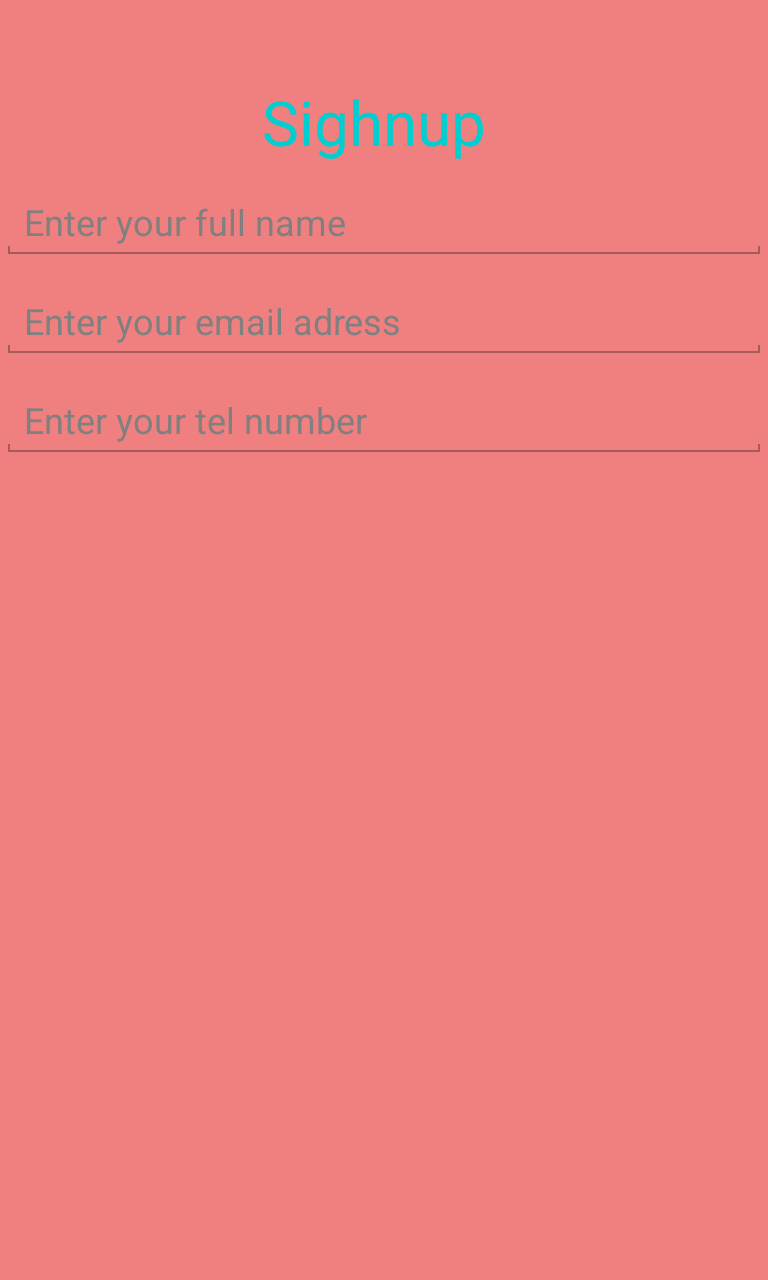
Repository: njiiriJohnii/Android-projects
Layout: MySimpleCalc/res/layout/joinus.xml
An editor plug-in stored every save of this project. The layout is shown before and after the next save, followed by the edit.
It is drawn on a 768 x 1280 px phone screen (xhdpi) without system bars, with theme AppTheme; the app's code is not run.

Above is the layout before, as saved 2014-05-30 11:48:13.

### MySimpleCalc/res/layout/joinus.xml
<?xml version="1.0" encoding="utf-8"?>
<LinearLayout xmlns:android="http://schemas.android.com/apk/res/android"
    android:layout_width="fill_parent"
    android:layout_height="fill_parent"
    android:orientation="vertical"
    android:background="#F08080" >

    <TextView
    android:layout_width="fill_parent"
    android:layout_height="wrap_content"
    android:text="Sighnup"
    android:layout_marginTop="40dp"
    android:layout_marginLeft="20dp"
    android:layout_marginRight="30dp"
    android:textColor="#00CED1"
    android:textSize="14pt"
    android:gravity="center"

        />
    <EditText
    android:layout_width="fill_parent"
    android:layout_height="wrap_content"
    android:layout_marginTop="10dp"
    android:hint="Enter your full name"



        />
     <EditText
    android:layout_width="fill_parent"
    android:layout_height="wrap_content"
    android:layout_marginTop="10dp"
    android:hint="Enter your email adress"
    android:maxLength="35"


        />
      <EditText
    android:layout_width="fill_parent"
    android:layout_height="wrap_content"
    android:layout_marginTop="10dp"
    android:hint="Enter your tel number"
    android:inputType="number"
    android:maxLength="10"

        />


</LinearLayout>

Loaded but not shown: MySimpleCalc/res/values/styles.xml (common file); MySimpleCalc/res/values-v11/styles.xml (common file); MySimpleCalc/res/values-v14/styles.xml (common file)

After the next save:
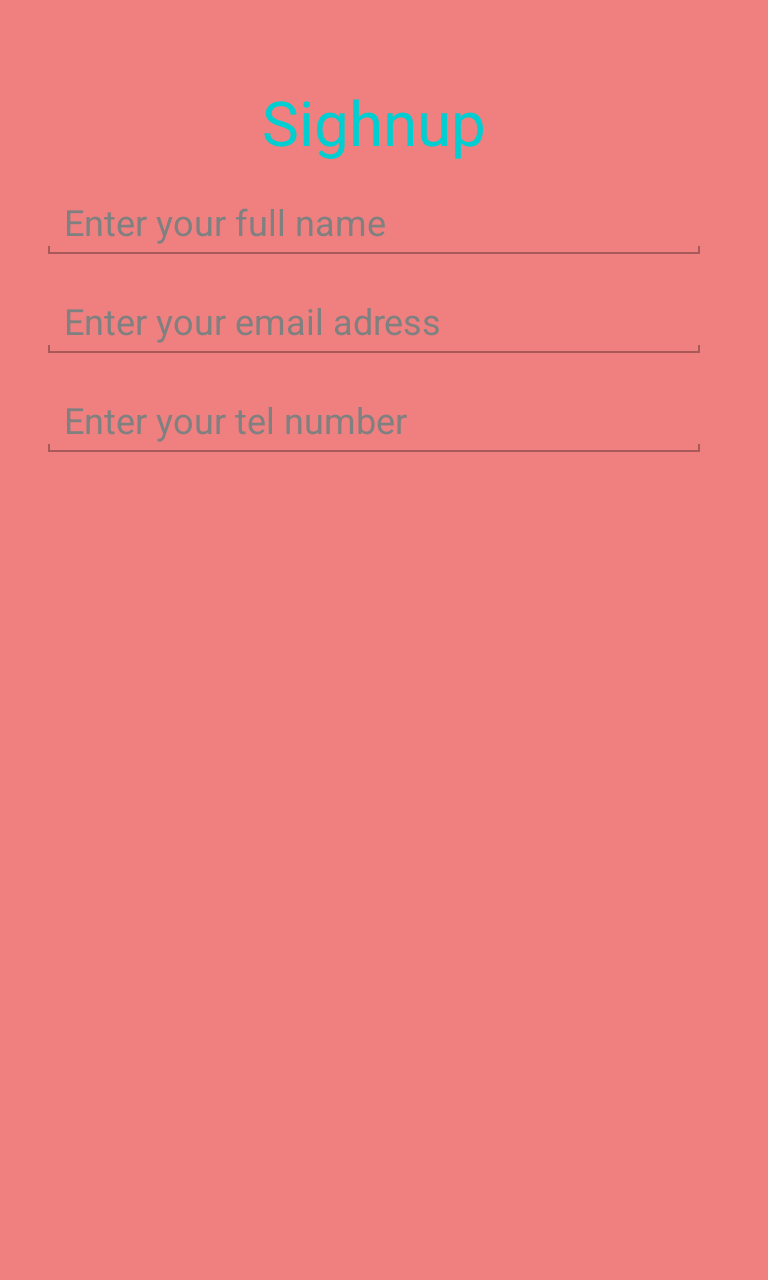
Saved 85 s later.
--- a/MySimpleCalc/res/layout/joinus.xml
+++ b/MySimpleCalc/res/layout/joinus.xml
@@ -22,6 +22,8 @@
     android:layout_height="wrap_content"
     android:layout_marginTop="10dp"
     android:hint="Enter your full name"
+    android:layout_marginLeft="20dp"
+    android:layout_marginRight="30dp"
 
 
 
@@ -32,6 +34,8 @@
     android:layout_marginTop="10dp"
     android:hint="Enter your email adress"
     android:maxLength="35"
+    android:layout_marginLeft="20dp"
+    android:layout_marginRight="30dp"
 
 
         />
@@ -42,6 +46,8 @@
     android:hint="Enter your tel number"
     android:inputType="number"
     android:maxLength="10"
+    android:layout_marginLeft="20dp"
+    android:layout_marginRight="30dp"
 
         />
 
